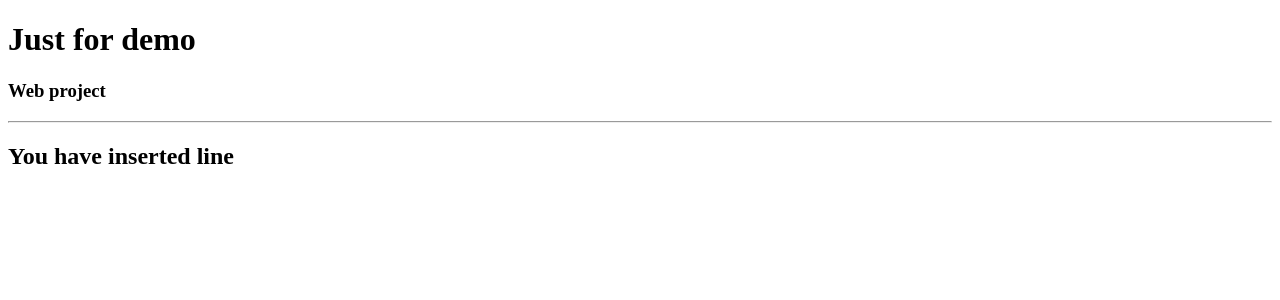
Repository: siddiqnassar/week4
Page: UIdemo/WebContent/abc.html
The author's editor kept a copy of each file at every save. The page is drawn from the files as they stood at one save, then again after the next save.
The browser window is 1280 px wide. The pictures show the whole page.

Above is the page before, as saved 2019-07-25 05:54:56.

After the next save:
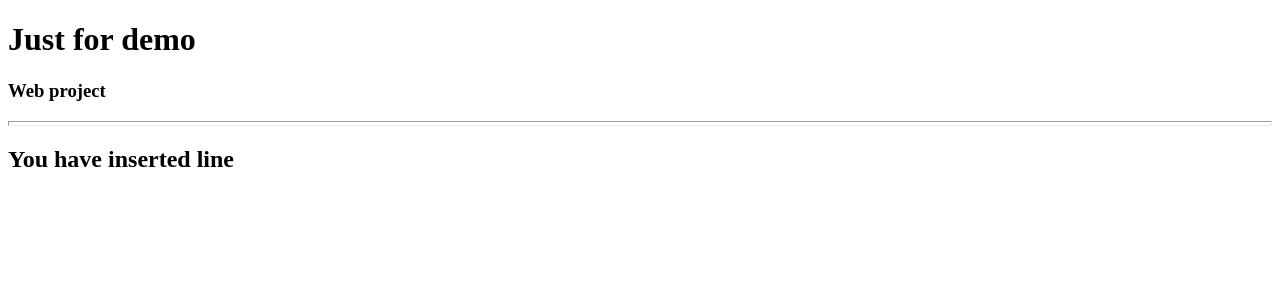
Saved 31 s later.
--- a/UIdemo/WebContent/abc.html
+++ b/UIdemo/WebContent/abc.html
@@ -8,7 +8,7 @@
 <body>
 <h1>Just for demo</h1>
 <h3>Web project</h3>
-<hr colour="red">
+<hr colour="red" size=5>
 <h2>You have inserted line</h2>
 </body>
 </html>
